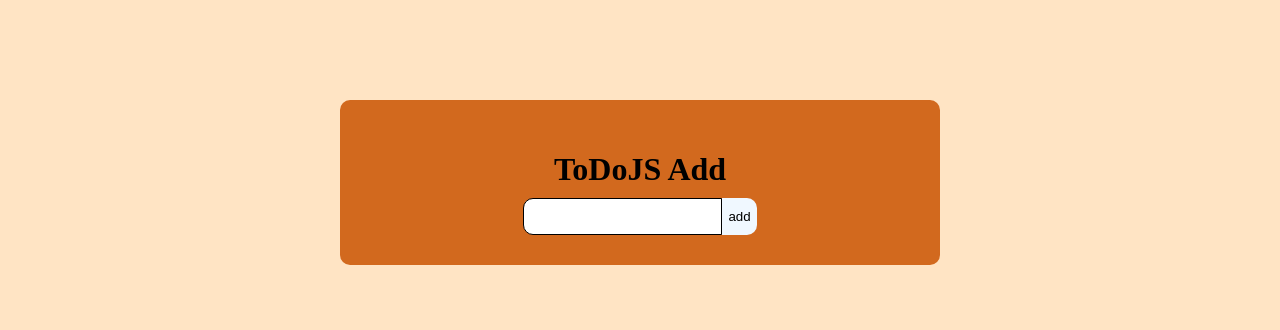
Repository: Savich01/todoTest
Page: index.html
These files come from the project's save history. The page is drawn as it stood at one moment and after the next save; the edit follows.
The browser window is 1280 px wide. The pictures show the whole page.

Above is the page before, as saved 2024-05-03 14:22:12.

### index.html
<!DOCTYPE html>
<html lang="en">
<head>
    <meta charset="UTF-8">
    <meta name="viewport" content="width=device-width, initial-scale=1.0">
    <link rel="stylesheet" href="css/style.css">
    <title>ToDO</title>
</head>
<body>
    <header class="header">
        <div class="header-block">
            <div class="header-block__sub">
                <h1 class="title">ToDoJS Add</h1>
                <form class="personal" action="#">
                    <input type="text" class="personal-input">
                    <button class="personal-btn">add</button>
                </form>
            </div>
        </div>
    </header>
     <main class="main">
        <div class="container">

        </div>
     </main>
        <script src="js/script.js"></script>
</body>
</html>

### css/style.css
ul,li {
    text-decoration: none;
    list-style: none;
}


/*------------HEADER-------------------------------------*/

body {
    max-width: 100%;
    background: #FFE4C4;
}
.header {
    margin-top: 100px;
    margin-bottom: 5px;
}
.header-block {
    max-width: 600px;
    margin: 0 auto;
    background: #D2691E;
    border-radius: 10px;
}
 .header-block__sub {
    display: flex;
    flex-direction: column;
    justify-content: center;
    align-items: center;
    padding: 30px 0px;
 }

 .title {
    margin-bottom: 10px;
 }

 .personal {
    display: flex;
    justify-content: center;
 }

 .personal-input{
    padding: 10px;
    border: 1px solid #000;
    border-radius: 10px 0px 0px 10px;
 }
.personal-btn {
    border: none;
    background-color: aliceblue;
    border-radius: 0px 10px 10px 0px;
    cursor: pointer;
}
/*------------------MAIN-------------------------------------*/

.main-block {
   max-width: 600px;
   margin: 0 auto;
   background: #BC8F8F;
   min-height: 70px;
   border-radius: 10px;
   display:flex;
   flex-direction: column;
   justify-content: space-between;
   margin-bottom: 5px;
}

.main-block--list{
    display: flex;
    align-items: center;
    justify-content: center;
    padding-right: 47px;
}

.main-block--list-link{
    display: flex;
    align-items: center;
}

.main-block--text{
    margin-left: 10px;
}

.checkbox-active{
    width: 20px;
    height: 17px;
}

.main-block--text{
    transform: translateY(1px);
}

.main-list{
  padding: 0px 30px;
}
.main-list--link{
  display: flex;
  align-items: center;
  justify-content: space-between;
  margin-bottom: 15px;
  padding: 10px;
  background-color: #FFE4C4;
}



























.main-button {
    padding: 10px;
    display: flex;
    align-items: flex-end;
    justify-content: space-around
}

/* .main-container {
    background: rgba(183, 231, 62, 0.699);
    border-radius: 20px;
    margin: 15px;
    /* display: none; */
/* } */

/* .main-container--list{
    background-color: #20B2AA;
    border-radius: 10px;
    margin: 25px;
    display: flex;
    align-items: center;
    justify-content: space-between;
} */

/* .main-container--list-link {
    padding: 10px;
    display: flex;
    align-items: center;
    justify-content: space-between;
} */
/* .main-checked{
    width: 20px;
    height: 16px;
    cursor: pointer;
} */
/* .main-text{
    display: inline-block;
    margin-left: 15px;
    transform: translateY(1px);
} */
/* .main--list-btn{
    min-width: 20px;
    max-width: 23px;
    background: #FFFFE0;
    align-items: center;
    margin-right: 25px;
    cursor: pointer;
    border: none;
    background: #B22222;
} */
/*--------------*/

/*--------------*/


/*------------------FOOTER--------------------------------------------------*/

.footer-block {
    max-width: 600px;
    margin: 0 auto;
    background: #008080;
    height: 100px;
    border-radius: 10px;
    display: flex;
    align-items: flex-end;
    justify-content: space-around;
}
.footer-btn {
    padding: 10px;
}

Loaded but not shown: js/script.js (no copy from this time; the picture is the same without it)

After the next save:
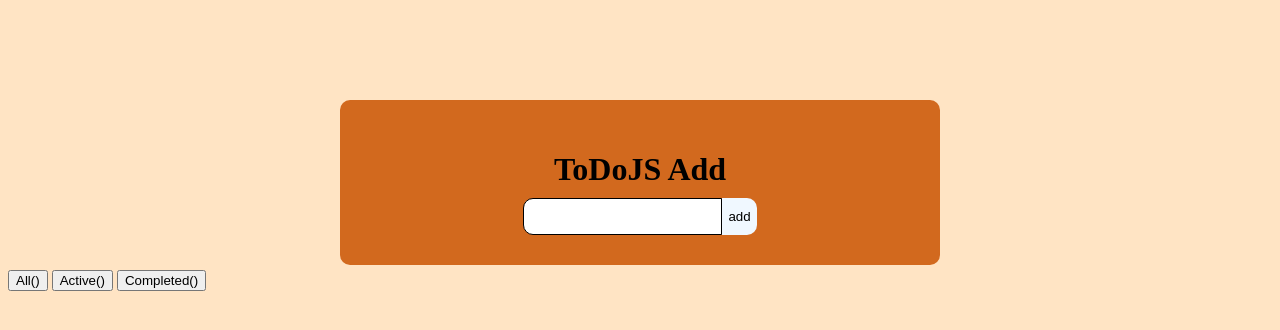
Saved 6 min 53 s later.
--- a/index.html
+++ b/index.html
@@ -22,6 +22,11 @@
         <div class="container">
 
         </div>
+        <div class="button">
+            <button class="button-btn1">All()</button>
+            <button class="button-btn2">Active()</button>
+            <button class="button-btn3">Completed()</button>
+        </div>
      </main>
         <script src="js/script.js"></script>
 </body>
